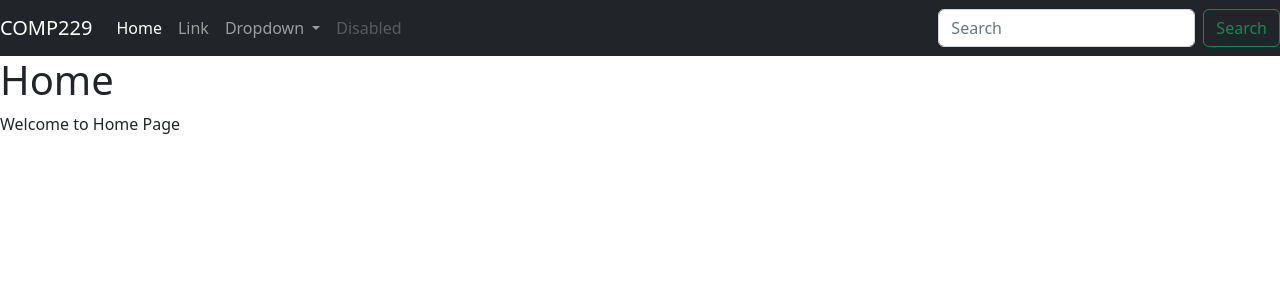
Repository: kaletejas/COMP229_Portfolio
Page: http://localhost/
These files come from the project's save history. The page is drawn as it stood at one moment and after a run of saves; the edit follows.
The browser window is 1280 px wide. The pictures show the whole page.
The page is served by the project's Node server (server.js).

Above is the page before, as saved 2023-01-25 20:46:12.

After the next 2 saves:
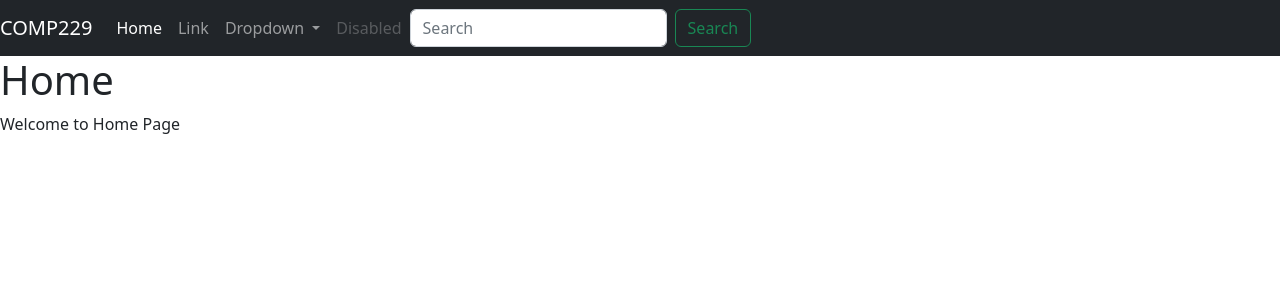
The 2 saves are shown as one change because they came seconds apart.
The last was saved 69 s later.
--- a/WEEK3/views/index.ejs
+++ b/WEEK3/views/index.ejs
@@ -19,7 +19,7 @@
       <span class="navbar-toggler-icon"></span>
     </button>
     <div class="collapse navbar-collapse" id="navbarSupportedContent">
-      <ul class="navbar-nav me-auto mb-2 mb-lg-0">
+      <ul class="navbar-nav ml-auto mb-2 mb-lg-0">
         <li class="nav-item">
           <a class="nav-link active" aria-current="page" href="#">Home</a>
         </li>
